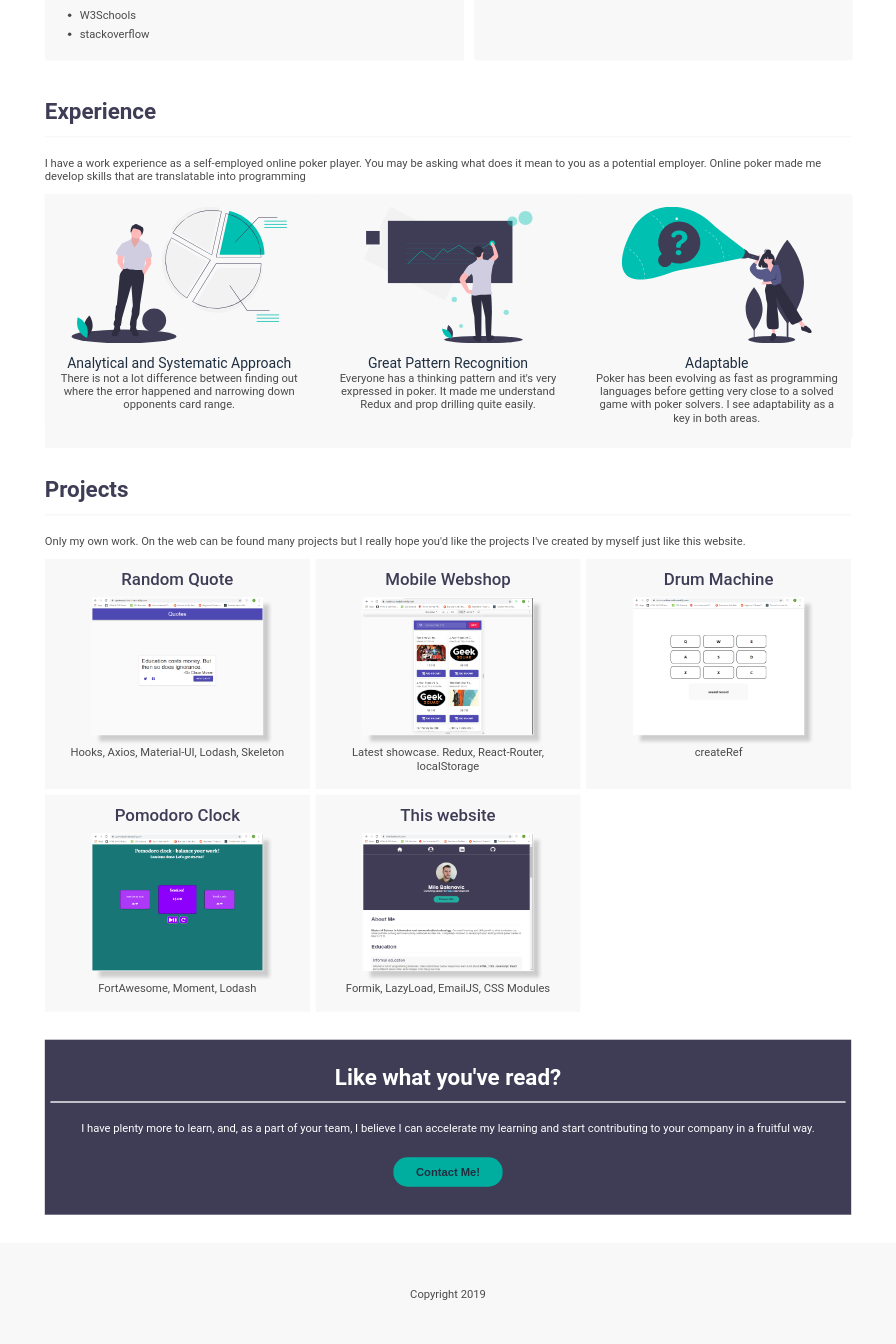
Repository: milac0/my-website
Page: /
The author's editor kept a copy of each file at every save. The page is drawn from the files as they stood at one save, then again after the next save.
The browser window is 1280 px wide. The pictures show the part of the page from y = 945 to 2865 px (the page is 2868 px tall), at 70% of full size.
The project was rebuilt for these pictures with package versions that can differ from the ones it lists, and the page was loaded fresh each time. Also part of the build but not shown: src/components/formContact.module.css, src/components/FormContact.js, src/pages/contact.module.css, src/pages/Contact.js. Imported but missing from the stored project, and not drawn on this page: src/resume.pdf.

Above is the page before, as saved 2019-11-08 17:47:57.

### public/index.html
<!DOCTYPE html>
<html lang="en">
  <head>
    <meta charset="utf-8" />
    <link rel="icon" href="%PUBLIC_URL%/favicon.ico" />
    <meta name="viewport" content="width=device-width, initial-scale=1" />
    <meta name="theme-color" content="#000000" />
    <meta
      name="description"
      content="Web site created using create-react-app"
    />
    <!--
      manifest.json provides metadata used when your web app is installed on a
      user's mobile device or desktop. See https://developers.google.com/web/fundamentals/web-app-manifest/
    -->
    <link rel="manifest" href="%PUBLIC_URL%/manifest.json" />
    <!--
      Notice the use of %PUBLIC_URL% in the tags above.
      It will be replaced with the URL of the `public` folder during the build.
      Only files inside the `public` folder can be referenced from the HTML.

      Unlike "/favicon.ico" or "favicon.ico", "%PUBLIC_URL%/favicon.ico" will
      work correctly both with client-side routing and a non-root public URL.
      Learn how to configure a non-root public URL by running `npm run build`.
    -->
    <title>Mile Balenovic</title>
  </head>
  <body>
    <noscript>You need to enable JavaScript to run this app.</noscript>
    <div id="root"></div>
    <!--
      This HTML file is a template.
      If you open it directly in the browser, you will see an empty page.

      You can add webfonts, meta tags, or analytics to this file.
      The build step will place the bundled scripts into the <body> tag.

      To begin the development, run `npm start` or `yarn start`.
      To create a production bundle, use `npm run build` or `yarn build`.
    -->
  </body>
</html>

### src/index.css
html, body {
  height: 100%;
}

body {
  margin: 0;
  font-family: 'Roboto', sans-serif;
  -webkit-font-smoothing: antialiased;
  -moz-osx-font-smoothing: grayscale;
}

/*****
  Navbar & Hero
*****/

header,
.hero {
  background:#3F3D56;
  border-bottom: 0.1px solid #ffffff;
  text-align: center;
}

.hero {
  margin-bottom: 2em;
}

.container {
  width: 90%;
  max-width: 1200px;
  margin: 0 auto;
}

nav li {
  list-style: none;
  max-width: 400px;
  margin: 0 auto;
  display: flex;
  justify-content: space-evenly;
  align-items: center;
}

.nav-item:hover {
  filter: invert(0.1);
}
nav ul {
  padding: 0;
}

.hero {
  margin-bottom: 2.5em;
}

.hero-profile {
  padding: 3em 0;
}

.hero-profile-image {
  width: 128px;
  height: 128px;
  background-color: #F8F8F9;
  margin: 0 auto;
  margin-bottom: 0.5em;
  border-radius: 50%;
}

.hero-profile-title,
.hero-profile-subtitle {
  color: #ffffff;
}

.hero-profile h1 {
  margin: 0;
  font-size: 2rem;
}

.hero-profile p {
  font-size: 1rem;
  margin: 0;
  margin-top: -0.25rem;
  margin-bottom: 1.5em;
}

.hero-profile-subtitle strong {
  font-weight: 700;
  color: #61dafb;
}

.button-cta,
.button-home {
  background: #00AEA0;
  color: #1f2e3f;
  padding: 0.75em 2em;
  border: none;
  border-radius: 20px;
  font-size: 1rem;
  font-weight: 700;
  text-decoration: none;
}

.button-cta:hover,
.button-cta:focus {
  background: #00C1B1;
  color: #1f2e3f;
  cursor: pointer;

}

.button-home {
  background: #ffffff;
  border: 2px solid #1f2e3f;
  padding: 0.3em 1em;
}

.button-home:hover,
.button-home:focus {
  border: 2px solid #ffffff;
 filter: invert(0.1);
}

/*****
  Typography
*****/

h1 {
  color: #3F3D56;
}

h2 {
  color: #3F3D56;
  font-size: 1.5rem;
  font-weight: 500;
  margin: 0;
}

p,
ul {
  color: #4a4a4a;
}

.section-skill h2 {
  color: #1F2E3F;
  font-size: 1.25rem;
  font-weight: 400;
  margin: 0;
}

.section-body {
  font-size: 1rem;
  margin-bottom: 1em;
}

#section-cta .section-title,
#section-cta .section-body {
  color: #ffffff;
}

/*****
  Layout
*****/
section {
  margin-bottom: 2.5em;
}

.section-title {
  border-bottom: 2px solid #F8F8F9;
  font-size: 2rem;
  padding-bottom: 0.5em;
}

.article-education,
.section-skill {
  box-shadow: 2px 2px #F8F8F9;
  border: 2px solid #F8F8F9;
  margin-bottom: 1em;
  padding: 0.5em;
}

.article-education li{
  margin-bottom: 0.5em;
}

.section-skill {
  background: #F8F8F9;
  text-align: center;
}

.section-skill p {
  margin: 0;
}

.responsive-container {
    width: 100%;
    padding-bottom: 56.25%; /* 9/16 = aspect ratio of image */
    position: relative;
    margin: 0 auto 1em auto;
}

.section-skill-image,
.project-image {
  height: 100%;
  width: 100%;
  position: absolute;
  left: 0;
  right: 0;
  margin: auto;
}

article {
  background: #F8F8F9;
   padding: 1em;
  margin-bottom: 0.5em;
}

article p {
  margin-top: 1em;
  margin-bottom: 0.5em;
}

article h2 {
  margin-bottom: 0.5em;
}

.projects article {
  text-align: center;
}

.project-image {
  width: 70%;
  top: 0;
  bottom: 0;
  margin: auto;
  cursor: pointer;
  border: 1px solid #fff;
  box-shadow: 10px 10px 5px #ccc;
}

.project-image:hover {
  filter: invert(0.1);
  transform: scale(1.05);
}

#section-cta {
  padding-bottom: 5em;
  background: #3F3D56;
}

#section-cta{
  text-align: center;
  padding: 0.5em;
}

#section-cta .button-cta {
  margin: 1em 0 2em 0;
}

footer {
  background: #F8F8F9;
  padding: 3em 0;
  width: 100%;
  text-align: center;
  flex-shrink: 0;
}

.invalid-feedback {
  color: #D8000C;
  font-size: 0.75rem;
  font-family: 'Roboto', sans-serif;
}

@media (min-width: 752px) {
  nav li {
    max-width: 100%;
    margin: 0 auto;
    display: flex;
    justify-content: flex-end;
    align-items: center;
    position: relative;
  }

  nav ul {
    margin-left: 3em;
  }

  .nav-home-item {
    position: absolute;
    left: 0;
    margin: 0;
  }

  .articles-education {
    display: flex;
    flex-direction: row;
    justify-content: space-between;
  }

  .education-one {
    margin-right: 0.5em;
  }

  .education-two {
    margin-left: 0.5em;
  }

  .section-skills {
    background: #F8F8F9;
    display: flex;
    flex-direction: row;
    align-items: baseline;
  }
  .section-skill {
    flex: 1 1 200px;
    padding: 1em;
  }
  .projects {
    display: grid;
    grid-template-columns: repeat(2, 1fr);
    grid-gap: 0.5em;
   }
   .projects article {
    margin: 0;
}
}

@media (min-width:1040px) {
  .projects {
    grid-template-columns: repeat(3, 1fr);
   }
}

### src/App.js
import React from 'react';
import {
  BrowserRouter as Router,
  Switch,
  Route,
} from "react-router-dom";
import Home from './pages/Home'
import Contact from './pages/Contact';

function App() {
  return (
      <Router>
        <Switch>
        <Route path ="/" exact component={Home} />
        <Route path ="/contact" component={Contact} />
        </Switch>
      </Router>

  );
}

export default App;

### src/pages/Home.js
import React, { Fragment } from "react";
import Navbar from "../components/Navbar";
import Hero from "../components/Hero";
import AboutMe from "../components/AboutMe";
import Education from "../components/Education";
import Experience from "../components/Experience";
import Projects from "../components/Projects";
import SectionCTA from "../components/SectionCTA";
import Footer from "../components/Footer";

const Home = () => {
  return (
    <Fragment>
      <Navbar />
      <Hero />
      <main>
        <div className="container">
          <AboutMe />
          <Education />
          <Experience />
          <Projects />
          <SectionCTA />
        </div>
      </main>
      <Footer />
    </Fragment>
  );
};

export default Home;

### src/components/Navbar.js
import React from "react";
import { Link } from "react-router-dom";

import resumeIcon from "../images/resume.png";
import linkedinIcon from "../images/linkedin.png";
import githubIcon from "../images/github.png";
import homeIcon from "../images/home.png";
import resumePdf from "../resume.pdf";

//mui
import Tooltip from "@material-ui/core/Tooltip";

const Navbar = () => {
  return (
    <header>
      <div className="container">
        <nav>
          <li>
            <ul className="nav-home-item">
              <Tooltip title="Home">
                <Link to="/">
                  <img className="nav-item" src={homeIcon} alt="home" />
                </Link>
              </Tooltip>
            </ul>
            <ul>
              <Tooltip title="Resume">
                <a href={resumePdf} download target="_self">
                  <img className="nav-item" src={resumeIcon} alt="resume" />
                </a>
              </Tooltip>
            </ul>
            <ul>
              <Tooltip title="Linkedin">
                <a
                  href="https://www.linkedin.com/in/mile-balenovi%C4%87-a4ab9188/"
                  target="_blank"
                  rel="noopener noreferrer"
                >
                  <img className="nav-item" src={linkedinIcon} alt="linkedin" />
                </a>
              </Tooltip>
            </ul>
            <ul>
              <Tooltip title="Github">
                <a
                  href="https://github.com/milac0"
                  target="_blank"
                  rel="noopener noreferrer"
                >
                  <img className="nav-item" src={githubIcon} alt="github" />
                </a>
              </Tooltip>
            </ul>
          </li>
        </nav>
      </div>
    </header>
  );
};

export default Navbar;

### src/components/Hero.js
import React from "react";
import { Link } from "react-router-dom";
import profileImg from "../images/profile.png";

const Hero = () => {
  return (
    <div className="hero">
      <div className="container">
        <div className="hero-profile">
          <div className="hero-profile-image">
            <img src={profileImg} alt="profile" />
          </div>
          <h1 className="hero-profile-title">Mile Balenovic</h1>
          <p className="hero-profile-subtitle">
            Switching career to <strong>React</strong> development
          </p>
          <Link to="/contact">
            <button className="button-cta">Contact Me!</button>
          </Link>
        </div>
      </div>
    </div>
  );
};

export default Hero;

### src/components/AboutMe.js
import React from "react";

const AboutMe = () => {
  return (
    <section>
      <h1 className="section-title">About Me</h1>
      <p className="section-body">
        <strong>
          Master of Science in Information and Communication Technology.
        </strong>{" "}
        Constant learning and skill growth motivate me, while problem-solving
         and overcoming obstacles excite me. Completely involved
        in JavaScript upon ending online poker career in March 2019.
      </p>
    </section>
  );
};

export default AboutMe;

### src/components/Education.js
import React from "react";

const Education = () => {
  return (
    <section>
      <h1 className="section-title">Education</h1>
      <div className="articles-education">
      <article className="article-education education-one">
        <h2>Informal Education</h2>
        <p>
          Internet is full of programming materials. Sites listed down below
          helped me learn a lot about
          <strong> HTML</strong>, <strong>CSS</strong>,{" "}
          <strong>JavaScript</strong>,<strong> React</strong> and a little bit
          about other technologies from the ground up
        </p>
        <ul>
          <li>freeCodeCamp.org</li>
          <li>Udemy courses from Andrew Mead and Maximilian Schwarzmüller</li>
          <li>
            Youtube tutorials from channels: classNameed, The Net Ninja, Travery
            Media{" "}
          </li>
          <li>MDN</li>
          <li>W3Schools</li>
          <li>stackoverflow</li>
        </ul>
      </article>
      <article className="article-education education-two">
        <h2>Formal Education</h2>
        <ul>
          <li>
            <strong>
              University of Zagreb, Faculty of Electrical Engineering and
              Computing
            </strong>
            , Master of Science in Information and Communication Technology -
            Oct 2011 - Sep 2014
          </li>
          <li>
            <strong>
              University of Zagreb, Faculty of Electrical Engineering and
              Computing
            </strong>
            , Bachelor of Science in Computing - Oct 2008 - Jun 2011
          </li>
          <li>
            <strong>Technical School of Ruđer Bošković</strong> - Sep 2004 - May
            2008
          </li>
        </ul>
      </article>
      </div>
    </section>
  );
};

export default Education;

### src/components/Experience.js
import React from "react";
import analyticalImg from "../images/analytical.svg";
import patternImg from "../images/pattern.svg";
import adaptableImg from "../images/adaptable.svg";
import Skill from "./Skill";

const Experience = () => {
  return (
    <section>
      <h1 className="section-title">Experience</h1>
      <p className="section-body">
        I have a work experience as a self-employed online poker player. You may
        be asking what does it mean to you as a potential employer. Online poker
        made me develop skills that are translatable into programming
      </p>
      <div className="section-skills">
        <Skill
          title="Analytical and Systematic Approach"
          body="There is not a lot difference between finding out where the error
            happened and narrowing down opponents card range."
          src={analyticalImg}
          alt="analytical"
        />
        <Skill
          title="Great Pattern Recognition"
          body="Everyone has a thinking pattern and it's very expressed in poker. It
            made me understand Redux and prop drilling quite easily."
          src={patternImg}
          alt="pattern"
        />
        <Skill
          title="Adaptable"
          body="Poker has been evolving as fast as programming languages before
            getting very close to a solved game with poker solvers. I see
            adaptability as a key in both areas."
          src={adaptableImg}
          alt="adaptable"
        />
      </div>
    </section>
  );
};

export default Experience;

### src/components/Projects.js
import React from "react";
import Project from "./Project";
import quoteImg from "../images/quote.PNG";
import webshopImg from "../images/webshop.PNG";
import pomodoroImg from "../images/pomodoro.PNG";
import drumImg from "../images/drum.PNG";
import thissiteImg from "../images/thissite.PNG";

const Projects = () => {
  return (
    <section>
      <h1 className="section-title">Projects</h1>
      <p className="section-body">
        Only my own work. On the web can be found many projects but I really
        hope you'd like the projects I've created by myself just like this
        website.
      </p>
      <div className="projects">
        <Project
          title="Random Quote"
          href="https://quotemachine-milac.netlify.com/"
          src={quoteImg}
          alt="quote-machine"
          body="Hooks, Axios, Material-UI, Lodash, Skeleton"
        />
        <Project
          title="Mobile Webshop"
          href="https://webshop-mobile.netlify.com/"
          src={webshopImg}
          alt="mobile-webshop"
          body="Latest showcase. Redux, React-Router, localStorage"
        />
        <Project
          title="Drum Machine"
          href="https://drummachine-milac.netlify.com/"
          src={drumImg}
          alt="drum-machine"
          body="createRef"
        />
        <Project
          title="Pomodoro Clock"
          href="https://pomodoro-clo.netlify.com/"
          src={pomodoroImg}
          alt="pomodoro clock"
          body="FortAwesome, Moment, Lodash"
        />
        <Project
          href="https://mile-balenovic.com/"
          title="This website"
          src={thissiteImg}
          alt="this website"
          body="Formik, LazyLoad, EmailJS, CSS Modules"
        />
      </div>
    </section>
  );
};

export default Projects;

### src/components/SectionCTA.js
import React from "react";
import { Link } from "react-router-dom";

const SectionCTA = () => {
  return (
    <section id="section-cta">
      <h1 className="section-title">Like what you've read?</h1>
      <p className="section-body">
        I have plenty more to learn, and, as a part of your team, I believe I can
        accelerate my learning and start contributing to your company in a fruitful way.
      </p>
      <Link to="/contact">
        <button className="button-cta">Contact Me!</button>
      </Link>
    </section>
  );
};

export default SectionCTA;

### src/components/Footer.js
import React from "react";

const Footer = () => {
  return (
    <footer>
      <p> Copyright 2019</p>
    </footer>
  );
};

export default Footer;

### src/components/Skill.js
import React from "react";
import LazyLoad from "react-lazyload";

const Skill = ({ title, body, src, alt }) => {
  return (
    <div className="section-skill">
      <div className="section-skill-image-container">
        <div className="responsive-container">
          <LazyLoad>
            <img
              className="section-skill-image"
              src={src}
              alt={alt}
            />
          </LazyLoad>
        </div>
      </div>
      <h2>{title}</h2>
      <p>{body}</p>
    </div>
  );
};

export default Skill;

### src/components/Project.js
import React from 'react';
import LazyLoad from 'react-lazyload'

const Project = ({ title, body, src, alt, href}) => {
    return (
        <article>
          <h2>{title}</h2>
          <a
            href={href}
            target="_blank"
            rel="noopener noreferrer"
          >
            <div className="responsive-container">
              <LazyLoad>
                <img
                  className="project-image"
                  src={src}
                  alt={alt}
                />
              </LazyLoad>
            </div>
          </a>
          <p>{body}</p>
        </article>
    );
};

export default Project;

Loaded but not shown: src/index.js (common file)

After the next save:
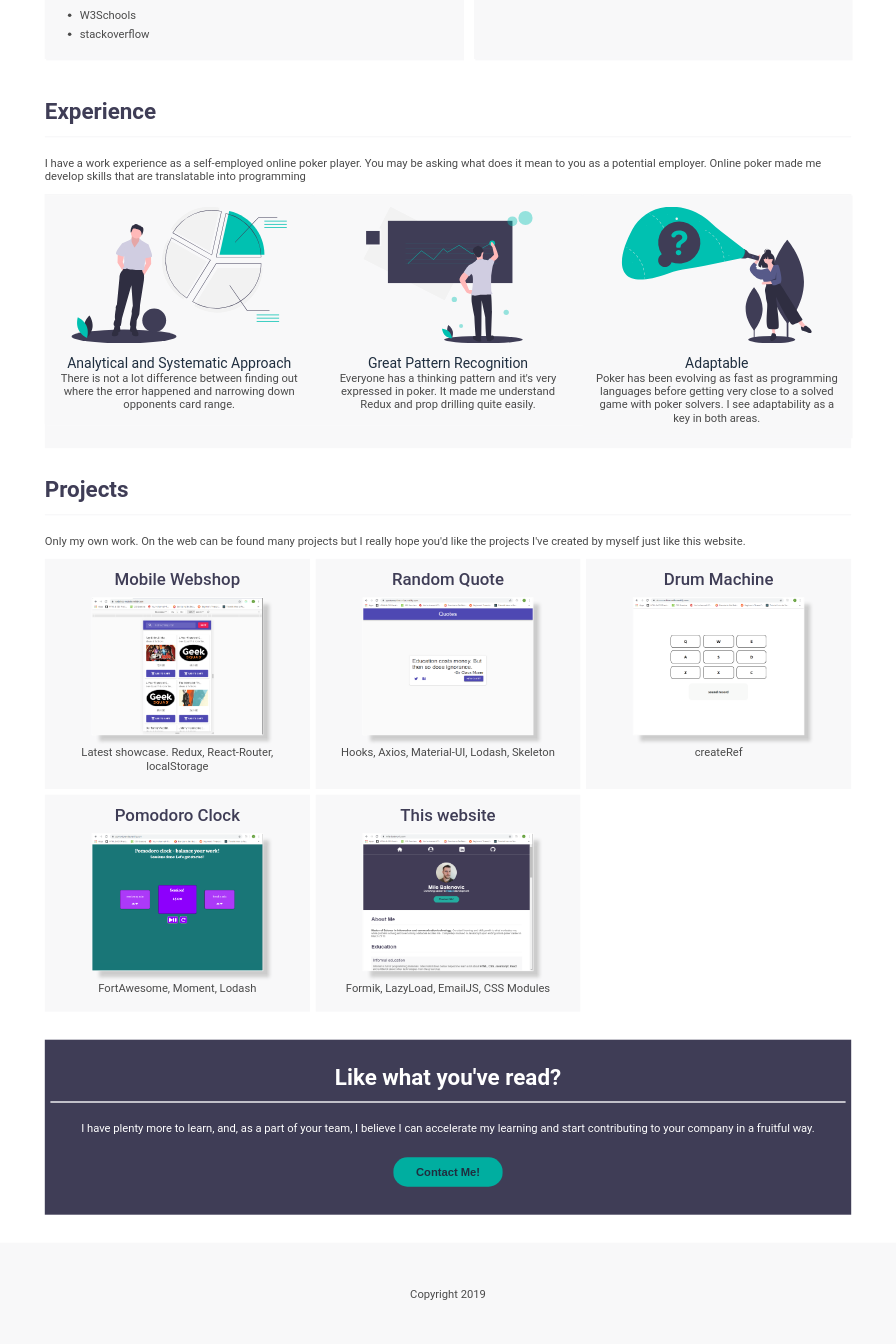
Saved 3 min 8 s later.
--- a/src/components/Projects.js
+++ b/src/components/Projects.js
@@ -16,19 +16,19 @@ const Projects = () => {
         website.
       </p>
       <div className="projects">
+      <Project
+          title="Mobile Webshop"
+          href="https://webshop-mobile.netlify.com/"
+          src={webshopImg}
+          alt="mobile-webshop"
+          body="Latest showcase. Redux, React-Router, localStorage"
+        />
         <Project
           title="Random Quote"
           href="https://quotemachine-milac.netlify.com/"
           src={quoteImg}
           alt="quote-machine"
           body="Hooks, Axios, Material-UI, Lodash, Skeleton"
-        />
-        <Project
-          title="Mobile Webshop"
-          href="https://webshop-mobile.netlify.com/"
-          src={webshopImg}
-          alt="mobile-webshop"
-          body="Latest showcase. Redux, React-Router, localStorage"
         />
         <Project
           title="Drum Machine"
